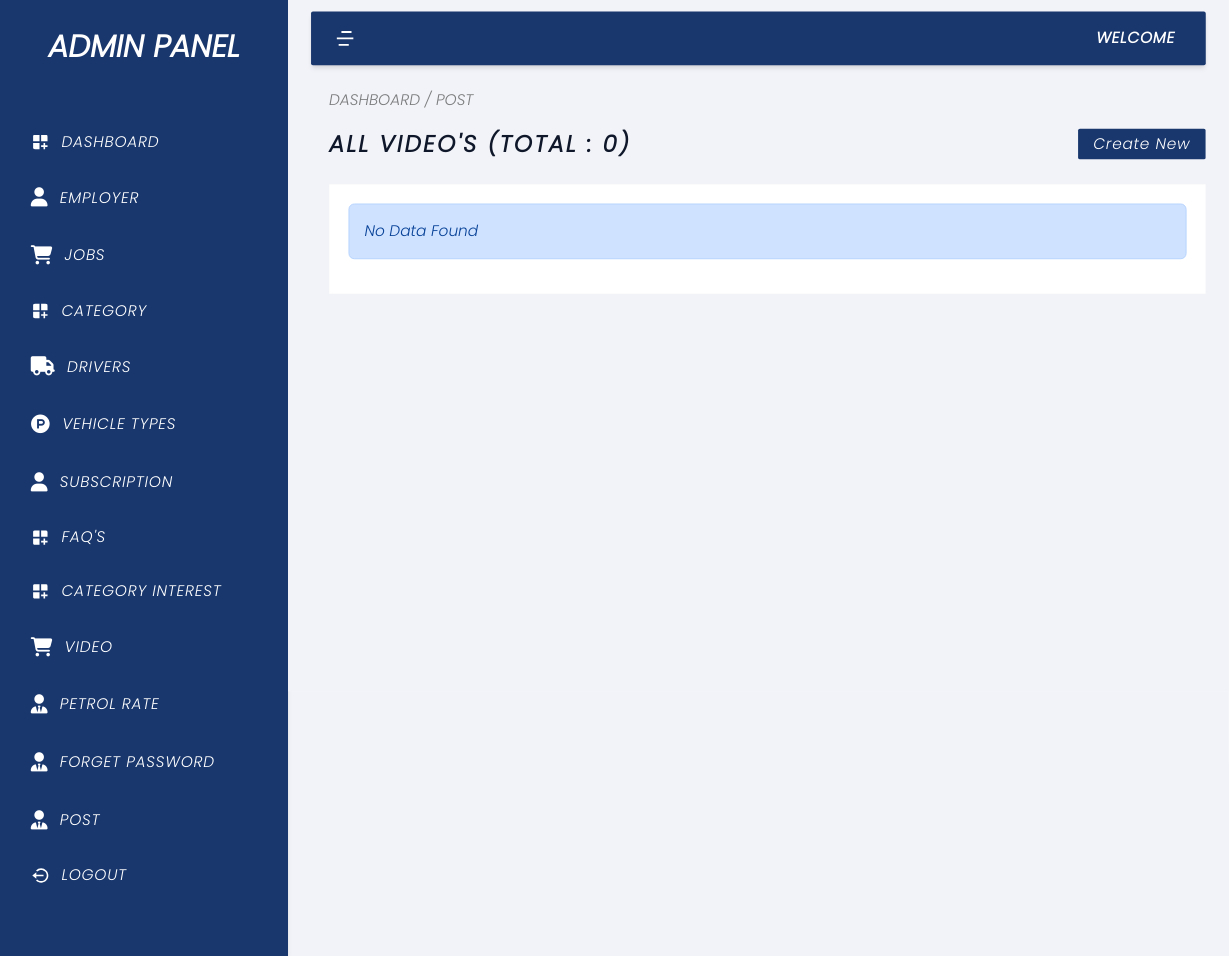
Repository: FlyweisReact/Grish-Job-Panel
Page: /post
An editor plug-in stored every save of this project. The page is shown before and after the next save, followed by the edit.
The browser window is 1280 px wide. The pictures show the whole page, at 96% of full size.
The page's requests for data from a server got no answer. Some web libraries are served in a nearby version. The project was rebuilt for these pictures with package versions that can differ from the ones it lists, and the page was loaded fresh each time. No one was signed in, and anything a server would have sent is missing. Also part of the build but not shown: src/E-CommerceAdmin/forms/Login.jsx, src/Repository/Employer.js, src/E-CommerceAdmin/pages/Dashboard.jsx, src/E-CommerceAdmin/pages/ECategory.js, src/E-CommerceAdmin/pages/EProduct.js, src/E-CommerceAdmin/pages/EAdminOrders.js, src/E-CommerceAdmin/pages/EAdminDelivery.js, src/E-CommerceAdmin/pages/EAdminCustomer.js and 8 more.

Above is the page before, as saved 2023-06-16 17:51:08.

### public/index.html
<!-- @format -->

<!DOCTYPE html>
<html lang="en">
  <head>
    <meta charset="utf-8" />
    <meta name="viewport" content="width=device-width, initial-scale=1" />
    <meta name="theme-color" content="#000000" />
    <meta
      name="description"
      content="Web site created using create-react-app"
    />
    <link rel="icon" href="%PUBLIC_URL%/favicon.png" />
    <link rel="preconnect" href="https://fonts.googleapis.com">
<link rel="preconnect" href="https://fonts.gstatic.com" crossorigin>
<link href="https://fonts.googleapis.com/css2?family=Roboto+Mono:ital,wght@1,300&display=swap" rel="stylesheet">
    <title>Gadi Driver</title>
  </head>
  <body>
    <noscript>You need to enable JavaScript to run this app.</noscript>
    <div id="root"></div>
    <script src="https://code.jquery.com/jquery-3.6.0.min.js"></script>
    <script src="https://kit.fontawesome.com/b533b351e4.js" crossorigin="anonymous"></script>
  </body>
</html>

### src/E-CommerceAdmin/pages/Post.js
/** @format */

import axios from "axios";
import React, { useEffect, useState } from "react";
import { Alert, Button, Form, Modal, Table } from "react-bootstrap";
import { toast } from "react-toastify";
import HOC from "../layout/HOC";

const Post = () => {
  const [modalShow, setModalShow] = useState(false);
  const [data, setData] = useState([]);

  // Pagination and Filter
  const [currentPage2, setCurrentPage2] = useState(1);
  const [postPerPage2] = useState(10);
  const lastPostIndex2 = currentPage2 * postPerPage2;
  const firstPostIndex2 = lastPostIndex2 - postPerPage2;

  let pages2 = [];

  const slicedData = data?.slice(firstPostIndex2, lastPostIndex2);

  for (let i = 1; i <= Math.ceil(data?.length / postPerPage2); i++) {
    pages2.push(i);
  }

  function Next() {
    setCurrentPage2(currentPage2 + 1);
  }

  function Prev() {
    if (currentPage2 !== 1) {
      setCurrentPage2(currentPage2 - 1);
    }
  }

  const fetchData = async () => {
    try {
      const { data } = await axios.get(
        "https://gadi-driver-u8ym.vercel.app/api/v1/postt"
      );
      setData(data.msg);
    } catch (e) {
      console.log("Order Err=>", e);
    }
  };

  useEffect(() => {
    fetchData();
  }, []);

  function EditStatus(props) {
    const [video, setVideo] = useState("");
    const [startTime, setStartTime] = useState("");
    const [endTime, setEndTime] = useState("");

    const UploadImages = (e) => {
      const data = new FormData();
      data.append("file", e.target.files[0]);
      data.append("upload_preset", "ml_default");
      data.append("cloud_name", "dbcnha741");
      fetch("https://api.cloudinary.com/v1_1/dbcnha741/video/upload", {
        method: "post",
        body: data,
      })
        .then((res) => res.json())
        .then((data) => {
          setVideo(data.url);
          console.log(data.url);
        })
        .catch((err) => {
          console.log(err);
        });
    };

    const postHandler = async (e) => {
      e.preventDefault();
      try {
        const { data } = await axios.post(
          "https://gadi-driver-u8ym.vercel.app/api/v1/vedioo",
          {
            vedio: video,
            startTime,
            endTime,
          }
        );
        console.log(data);
        toast.success("Created New");
        fetchData();
        props.onHide();
      } catch (e) {
        console.log(e);
      }
    };

    return (
      <Modal
        {...props}
        size="lg"
        aria-labelledby="contained-modal-title-vcenter"
        centered
      >
        <Modal.Header closeButton>
          <Modal.Title id="contained-modal-title-vcenter">
            Create New
          </Modal.Title>
        </Modal.Header>
        <Modal.Body>
          <Form onSubmit={postHandler}>
            <Form.Group className="mb-3">
              <Form.Label>Video</Form.Label>
              <Form.Control type="file" onChange={(e) => UploadImages(e)} />
            </Form.Group>
            <p>OR</p>
            <Form.Group className="mb-3">
              <Form.Label>Video</Form.Label>
              <Form.Control
                type="text"
                onChange={(e) => setVideo(e.target.value)}
              />
            </Form.Group>
            <Form.Group className="mb-3">
              <Form.Label>Start Time</Form.Label>
              <Form.Control
                type="text"
                onChange={(e) => setStartTime(e.target.value)}
              />
            </Form.Group>
            <Form.Group className="mb-3">
              <Form.Label>End Time</Form.Label>
              <Form.Control
                type="text"
                onChange={(e) => setEndTime(e.target.value)}
              />
            </Form.Group>

            <Button variant="outline-success" type="submit">
              Submit
            </Button>
          </Form>
        </Modal.Body>
      </Modal>
    );
  }

  const deleteHandler = async (id) => {
    try {
      const { data } = await axios.delete(
        `https://gadi-driver-u8ym.vercel.app/api/v1/vedioo/${id}`
      );
      fetchData();
      toast.success(data.message);
    } catch (e) {
      console.log(e);
    }
  };

  return (
    <>
      <EditStatus show={modalShow} onHide={() => setModalShow(false)} />
      <section>
        <p className="headP">Dashboard / Post</p>

        <div
          className="pb-4 sticky top-0  w-full flex justify-between items-center"
          style={{ width: "98%", marginLeft: "2%" }}
        >
          <span
            className="tracking-widest text-slate-900 font-semibold uppercase"
            style={{ fontSize: "1.5rem" }}
          >
            All Video's (Total : {data?.length})
          </span>

          <button
            onClick={() => {
              setModalShow(true);
            }}
            className="md:py-2 px-3 md:px-4 py-1 rounded-sm  bg-[#19376d] text-white tracking-wider"
          >
            Create New
          </button>
        </div>
        <section className="sectionCont">
          {data?.length === 0 || !data ? (
            <Alert>No Data Found</Alert>
          ) : (
            <>
              <div className="overFlowCont">
                <Table>
                  <thead>
                    <tr>
                      <th>Number</th>
                      <th>Video </th>
                      <th>Start Time</th>
                      <th>End Time</th>
                      <th>Options</th>
                    </tr>
                  </thead>
                  <tbody>
                    {slicedData?.map((i, index) => (
                      <tr key={index}>
                        <td> #{index + 1} </td>
                        <td>
                          {" "}
                          <a href={i.vedio} target="_blank" rel="noreferrer">
                            <Button>Video</Button>{" "}
                          </a>
                        </td>
                        <td>{i.startTime}</td>
                        <td>{i.endTime}</td>
                        <td>
                          {" "}
                          <i
                            className="fa-sharp fa-solid fa-trash"
                            onClick={() => deleteHandler(i._id)}
                          ></i>
                        </td>
                      </tr>
                    ))}
                  </tbody>
                </Table>
              </div>

              {/* Pagination */}
              <div className="pagination">
                <button onClick={() => Prev()} className="prevBtn">
                  <i className="fa-solid fa-backward"></i>
                </button>
                {currentPage2 === 1 ? (
                  ""
                ) : (
                  <button onClick={() => setCurrentPage2(1)}>1</button>
                )}

                {pages2
                  ?.slice(currentPage2 - 1, currentPage2 + 3)
                  .map((i, index) =>
                    i === pages2?.length ? (
                      ""
                    ) : (
                      <button
                        key={index}
                        onClick={() => setCurrentPage2(i)}
                        className={currentPage2 === i ? "activePage" : ""}
                      >
                        {" "}
                        {i}{" "}
                      </button>
                    )
                  )}

                <button
                  onClick={() => setCurrentPage2(pages2?.length)}
                  className={
                    currentPage2 === pages2?.length ? "activePage" : ""
                  }
                >
                  {" "}
                  {pages2?.length}{" "}
                </button>

                {currentPage2 === pages2?.length ? (
                  ""
                ) : (
                  <button onClick={() => Next()} className="nextBtn">
                    {" "}
                    <i className="fa-sharp fa-solid fa-forward"></i>
                  </button>
                )}
              </div>
            </>
          )}
        </section>
      </section>
    </>
  );
};

export default HOC(Post);

### src/E-CommerceAdmin/layout/HOC.jsx
/** @format */

import React, { useState } from "react";
import Navbar from "./Navbar";
import Sidebar from "./Sidebar";

const HOC = (Wcomponenet) => {
  return function Component() {
    const [hamb, setHamb] = useState(false);
    return (
      <>
        <section
          className="flex overflow-x-hidden relative "
          style={{ backgroundColor: "#f2f3f8" }}
        >
          {/* Sidebar */}
          <div
            className={
              hamb
                ? " absolute top-0 z-30 md:w-auto shadow-md bg-slate-200  w-60 transition-all md:-left-full left duration-150  h-auto overflow-y-auto  left-0 "
                : " md:w-72 z-30 bg-slate-200  shadow-md  md:static absolute top-0 -left-full   transition-all duration-150  overflow-y-auto h-auto"
            }
            style={{ minWidth: "300px" }}
          >
            <Sidebar hamb={hamb} setHamb={setHamb} />
          </div>
          {/* Components & Navbar */}
          <div
            className={
              hamb
                ? " transition-all px-4 py-2  duration-150 w-full h-screen"
                : " w-full h-screen  px-4 py-2   z-50 transition-all duration-150 "
            }
            style={{ backgroundColor: "#f2f3f8" }}
          >
            <Navbar hamb={hamb} setHamb={setHamb} />
            <div className="my-6 text-#000 h-[87%] wcomp overflow-y-auto">
              {" "}
              <Wcomponenet />
            </div>
          </div>
        </section>
      </>
    );
  };
};

export default HOC;

### src/E-CommerceAdmin/layout/Navbar.jsx
/** @format */

import { RiMenu4Line } from "react-icons/ri";

const Navbar = ({ hamb, setHamb }) => {
  const AdminName = localStorage.getItem("AdminName")
  return (
    <>
      <div
        className={
          hamb
            ? "flex  w-full justify-between  my-1 rounded-sm  p-4 py-3 shadow-md items-center  bg-slate-200 space-x-4"
            : "flex  w-full justify-between my-1 rounded-sm  p-4 py-3 shadow-md items-center  bg-slate-200 space-x-4"
        }
        style={{ backgroundColor: "#19376d" }}
      >
        <RiMenu4Line
          onClick={() => setHamb(!hamb)}
          className="text-2xl font-bold text-gray-900 hover:scale-90 cursor-pointer"
          style={{ color: "#fff" }}
        />

        <section className="flex sm:ml-auto justify-end sm:w-full items-center space-x-2  pr-2">
          <figcaption className="tracking-wider pl-1 font-semibold">
            <div
              className="lg:text-base text-sm text-gray-900  uppercase"
              style={{ color: "#fff" }}
            >
              Welcome {AdminName}
            </div>
          </figcaption>
        </section>
      </div>
    </>
  );
};

export default Navbar;

### src/E-CommerceAdmin/layout/Sidebar.jsx
/** @format */

import React from "react";
import { RiCloseLine } from "react-icons/ri";
import { Link, useNavigate } from "react-router-dom";
import { BiLogOutCircle } from "react-icons/bi";
import { MdDashboardCustomize } from "react-icons/md";

const Sidebar = ({ hamb, setHamb }) => {
  const navigate = useNavigate();

  const nav = [
    {
      icon: <MdDashboardCustomize className="text-xl mr-3 rounded-full " />,
      link: "/dashboard ",
      name: "Dashboard",
    },
    {
      icon: <i className="fa-solid fa-user text-xl mr-3 rounded-full"></i>,
      link: "/Admin",
      name: "Employer",
    },
    {
      icon: (
        <i className="fa-solid fa-cart-shopping text-xl mr-3 rounded-full"></i>
      ),
      link: "/Customer",
      name: "Jobs",
    },

    {
      icon: <MdDashboardCustomize className="text-xl mr-3 rounded-full " />,
      link: "/Category",
      name: "Category",
    },
    {
      icon: <i className="fa-solid fa-truck  text-xl mr-3 rounded-full"></i>,
      link: "/Support",
      name: "Drivers",
    },

    {
      icon: (
        <i className="fa-brands fa-product-hunt text-xl mr-3 rounded-full"></i>
      ),
      link: "/Product",
      name: "Vehicle Types",
    },

    {
      icon: <i className="fa-solid fa-user text-xl mr-3 rounded-full"></i>,
      link: "/pushNotification",
      name: "Subscription",
    },

    {
      icon: <MdDashboardCustomize className="text-xl mr-3 rounded-full " />,
      link: "/coupon",
      name: "FAQ'S",
    },
    {
      icon: <MdDashboardCustomize className="text-xl mr-3 rounded-full " />,
      link: "/getMeThis",
      name: "Category Interest",
    },

    {
      icon: (
        <i className="fa-solid fa-cart-shopping text-xl mr-3 rounded-full"></i>
      ),
      link: "/Orders",
      name: "Video",
    },

    {
      icon: <i className="fa-solid fa-user-tie text-xl mr-3 rounded-full"></i>,
      link: "/privacy",
      name: "Petrol Rate",
    },
    {
      icon: <i className="fa-solid fa-user-tie text-xl mr-3 rounded-full"></i>,
      link: "/SubCategory",
      name: "Forget Password",
    },
    {
      icon: <i className="fa-solid fa-user-tie text-xl mr-3 rounded-full"></i>,
      link: "/post",
      name: "Post",
    },
  ];

  const logOut = () => {
    localStorage.clear();
    navigate("/");
  };

  return (
    <>
      <aside
        className="p-4 h-auto"
        style={{ backgroundColor: "#19376d", minHeight: "100vh" }}
      >
        {/* Top */}
        <div className="w-full md:hidden relative  p-2 mb-4">
          <RiCloseLine
            onClick={() => setHamb(!hamb)}
            className="text-3xl  absolute top-2 sm:hover:rotate-[228deg] transition-transform font-bold right-2 sm:hover:text-[22px] text-[rgb(241,146,46)] cursor-pointer"
          />
        </div>{" "}
        <figure className="flex  flex-col items-center">
          <span
            className="font-bold text-[#fff]"
            style={{
              fontSize: "2rem",
              textAlign: "center",
              textTransform: "uppercase",
            }}
          >
            {" "}
            ADMIN PANEL
          </span>
        </figure>
        <nav className="py-6">
          {nav.map((nav) => {
            return (
              <Link
                to={nav.link}
                key={nav.name}
                className=""
                style={{ textDecoration: "none", textTransform: "uppercase" }}
              >
                <span
                  className="flex my-3 items-center cursor-pointer text-gray-900    tracking-wider p-2 rounded-sm"
                  style={{ color: "#FFF" }}
                >
                  {nav.icon} {nav.name}
                </span>
              </Link>
            );
          })}
          <span
            className="flex my-3 items-center cursor-pointer text-gray-900    tracking-wider p-2 rounded-sm"
            onClick={() => logOut()}
            style={{ color: "#FFF", textTransform: "uppercase" }}
          >
            <BiLogOutCircle className="text-xl mr-3 rounded-full " /> LogOut
          </span>
        </nav>
      </aside>
    </>
  );
};

export default Sidebar;

Loaded but not shown: tailwind.config.js (common file); src/App.js (49 lines, source omitted); src/index.js (15 lines, source omitted); src/index.css (518 lines, source omitted)

After the next save:
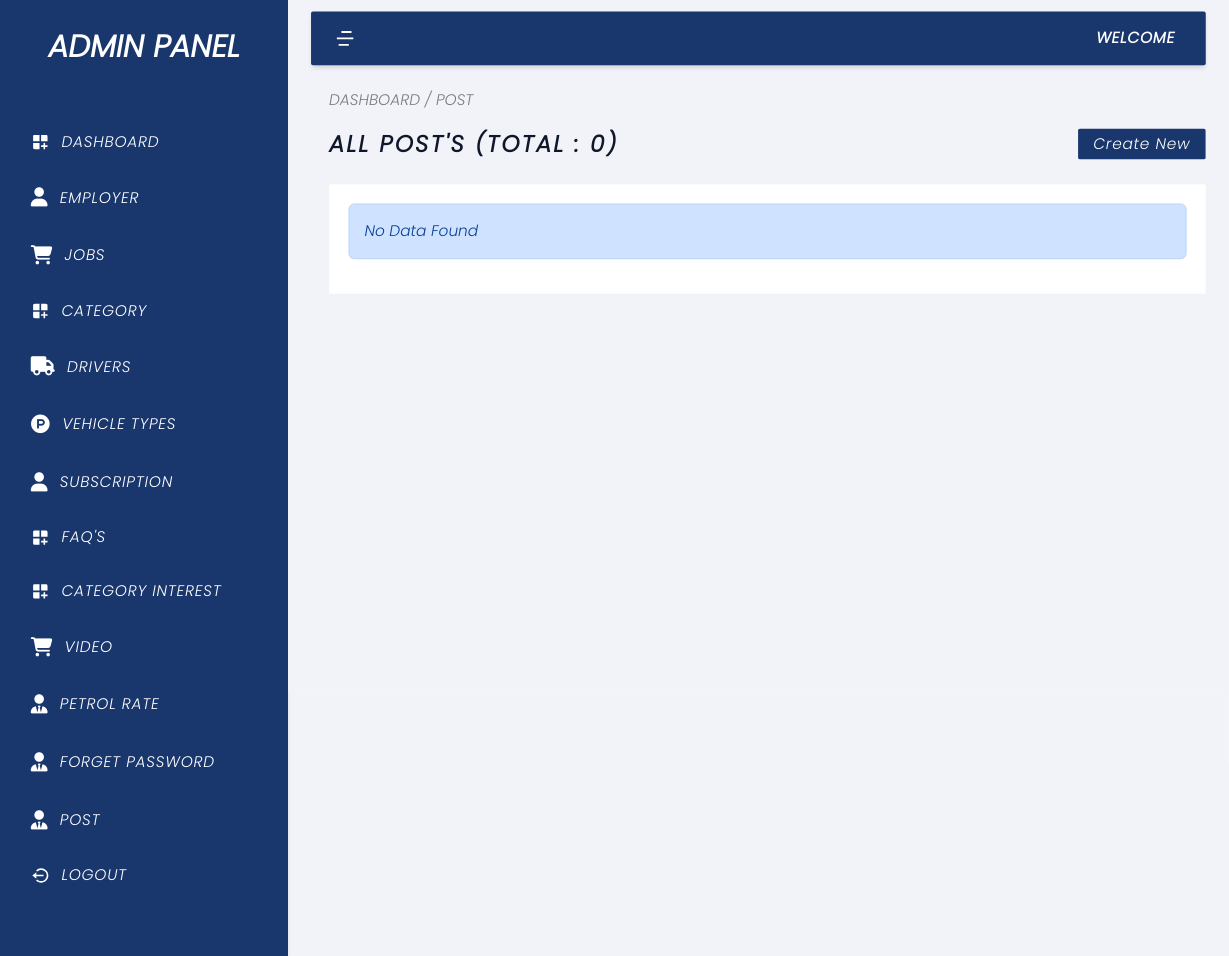
Saved 4 s later.
--- a/src/E-CommerceAdmin/pages/Post.js
+++ b/src/E-CommerceAdmin/pages/Post.js
@@ -169,7 +169,7 @@ const Post = () => {
             className="tracking-widest text-slate-900 font-semibold uppercase"
             style={{ fontSize: "1.5rem" }}
           >
-            All Video's (Total : {data?.length})
+            All Post's (Total : {data?.length})
           </span>
 
           <button
